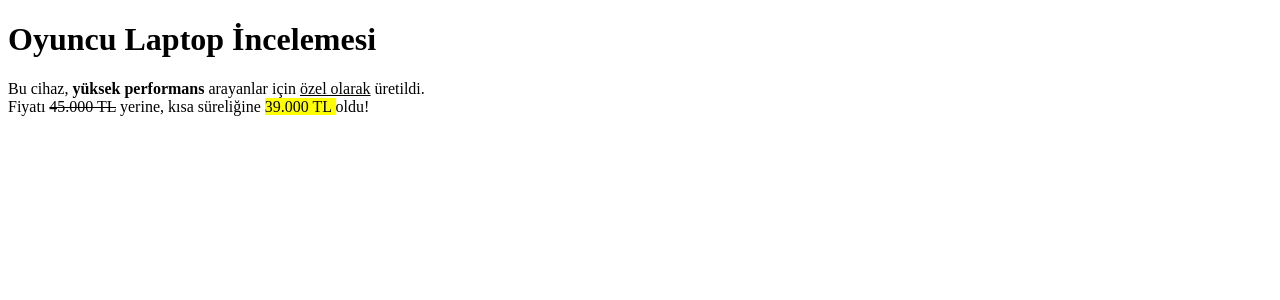
Repository: BeritanBlgn/web-yazilim-muhendisligi
Page: Modul_1/Ders_3/1.3.6_gorev2.html
The author's editor kept a copy of each file at every save. The page is drawn from the files as they stood at one save, then again after a run of saves.
The browser window is 1280 px wide. The pictures show the whole page.

Above is the page before, as saved 2026-10-09 22:33:04.

After the next 3 saves:
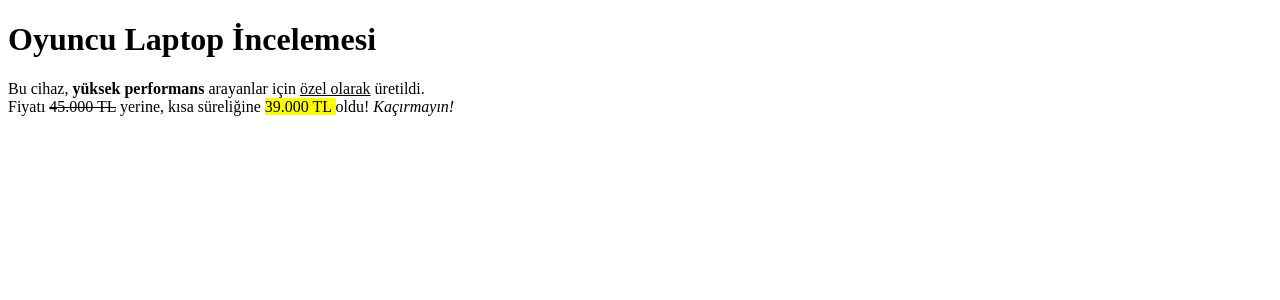
The 3 saves are shown as one change because they came seconds apart.
The last was saved 7 s later.
--- a/Modul_1/Ders_3/1.3.6_gorev2.html
+++ b/Modul_1/Ders_3/1.3.6_gorev2.html
@@ -13,7 +13,7 @@
         Bu cihaz, <strong>yüksek performans</strong> arayanlar için
         <u>özel olarak</u> üretildi. <br>
         Fiyatı <del>45.000 TL</del> yerine, kısa süreliğine <mark>
-            39.000 TL </mark>oldu! <em
+            39.000 TL </mark>oldu! <em>Kaçırmayın!</em>
     </p>
 </body>
 </html>
